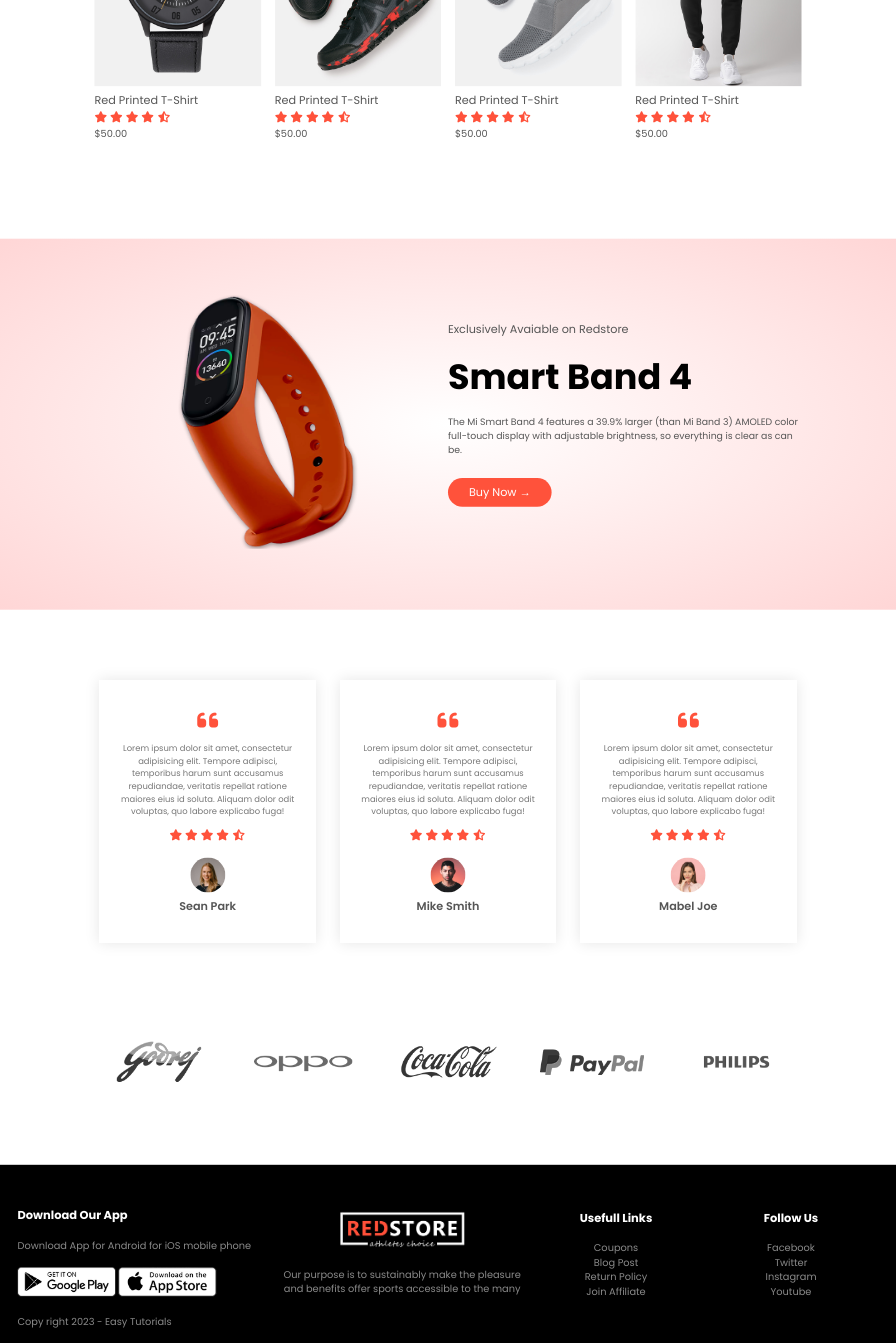
Repository: datvu1608/redsportstore
Page: index.html
The author's editor kept a copy of each file at every save. The page is drawn from the files as they stood at one save, then again after the next save.
The browser window is 1280 px wide. The pictures show the part of the page from y = 2720 to 4640 px (the page is 4639 px tall before and 4640 px after), at 70% of full size.

Above is the page before, as saved 2023-11-23 15:21:44.

### index.html
<!DOCTYPE html>
<html lang="en">
  <head>
    <meta charset="UTF-8" />
    <meta name="viewport" content="width=device-width, initial-scale=1.0" />
    <title>Restore | Ecommerce Website Design</title>
    <link
      href="https://fonts.googleapis.com/css2?family=Poppins:wght@300;400;500;600;700&display=swap"
      rel="stylesheet"
    />
    <link
      rel="stylesheet"
      href="https://cdnjs.cloudflare.com/ajax/libs/font-awesome/6.4.2/css/all.min.css"
    />
    <link rel="stylesheet" href="./styles.css" />
  </head>
  <body>
    <div class="header">
      <div class="container">
        <div class="navbar">
          <div class="logo">
            <img src="./images/logo.png" alt="" width="125px" />
          </div>
          <nav>
            <ul>
              <li>
                <a href="#">Home</a>
              </li>
              <li>
                <a href="#">Products</a>
              </li>
              <li>
                <a href="#">About</a>
              </li>
              <li>
                <a href="#">Contact</a>
              </li>
              <li>
                <a href="#">Account</a>
              </li>
            </ul>
          </nav>
          <img
            src="./images/cart.png"
            width="30px"
            height="30px"
            alt="cart-icon"
          />
        </div>
        <div class="row">
          <div class="col-2">
            <h1>Give Your Workout <br />A New Style!</h1>
            <p>
              Succes isn't always about greatness. It's about consistency.
              Consistent hard work gains success. Greatness will come.
            </p>
            <a href="" class="btn">Explore Now &#8594;</a>
          </div>
          <div class="col-2">
            <img src="./images/image1.png" alt="" />
          </div>
        </div>
      </div>
    </div>
    <!-- featured categories -->
    <div class="categories">
      <div class="small-container">
        <div class="row">
          <div class="col-3">
            <img src="./images/category-1.jpg" alt="" />
          </div>
          <div class="col-3">
            <img src="./images/category-2.jpg" alt="" />
          </div>
          <div class="col-3">
            <img src="./images/category-3.jpg" alt="" />
          </div>
        </div>
      </div>
    </div>
    <!-- featured-products -->
    <div class="small-container">
      <h2 class="title">Featured Products</h2>
      <div class="row">
        <div class="col-4">
          <img src="./images/product-1.jpg" alt="" />
          <h4>Red Printed T-Shirt</h4>
          <div class="rating">
            <i class="fa-solid fa-star"></i>
            <i class="fa-solid fa-star"></i>
            <i class="fa-solid fa-star"></i>
            <i class="fa-solid fa-star"></i>
            <i class="fa-regular fa-star"></i>
          </div>
          <p>$50.00</p>
        </div>
        <div class="col-4">
          <img src="./images/product-2.jpg" alt="" />
          <h4>Red Printed T-Shirt</h4>
          <div class="rating">
            <i class="fa-solid fa-star"></i>
            <i class="fa-solid fa-star"></i>
            <i class="fa-solid fa-star"></i>
            <i class="fa-solid fa-star"></i>
            <i class="fa-regular fa-star"></i>
          </div>
          <p>$50.00</p>
        </div>
        <div class="col-4">
          <img src="./images/product-3.jpg" alt="" />
          <h4>Red Printed T-Shirt</h4>
          <div class="rating">
            <i class="fa-solid fa-star"></i>
            <i class="fa-solid fa-star"></i>
            <i class="fa-solid fa-star"></i>
            <i class="fa-solid fa-star"></i>
            <i class="fa-solid fa-star-half-stroke"></i>
          </div>
          <p>$50.00</p>
        </div>
        <div class="col-4">
          <img src="./images/product-4.jpg" alt="" />
          <h4>Red Printed T-Shirt</h4>
          <div class="rating">
            <i class="fa-solid fa-star"></i>
            <i class="fa-solid fa-star"></i>
            <i class="fa-solid fa-star"></i>
            <i class="fa-solid fa-star"></i>
            <i class="fa-solid fa-star-half-stroke"></i>
          </div>
          <p>$50.00</p>
        </div>
      </div>
      <h2 class="title">Lates Products</h2>
      <div class="row">
        <div class="col-4">
          <img src="./images/product-5.jpg" alt="" />
          <h4>Red Printed T-Shirt</h4>
          <div class="rating">
            <i class="fa-solid fa-star"></i>
            <i class="fa-solid fa-star"></i>
            <i class="fa-solid fa-star"></i>
            <i class="fa-solid fa-star"></i>
            <i class="fa-regular fa-star"></i>
          </div>
          <p>$50.00</p>
        </div>
        <div class="col-4">
          <img src="./images/product-6.jpg" alt="" />
          <h4>Red Printed T-Shirt</h4>
          <div class="rating">
            <i class="fa-solid fa-star"></i>
            <i class="fa-solid fa-star"></i>
            <i class="fa-solid fa-star"></i>
            <i class="fa-solid fa-star"></i>
            <i class="fa-regular fa-star"></i>
          </div>
          <p>$50.00</p>
        </div>
        <div class="col-4">
          <img src="./images/product-7.jpg" alt="" />
          <h4>Red Printed T-Shirt</h4>
          <div class="rating">
            <i class="fa-solid fa-star"></i>
            <i class="fa-solid fa-star"></i>
            <i class="fa-solid fa-star"></i>
            <i class="fa-solid fa-star"></i>
            <i class="fa-solid fa-star-half-stroke"></i>
          </div>
          <p>$50.00</p>
        </div>
        <div class="col-4">
          <img src="./images/product-8.jpg" alt="" />
          <h4>Red Printed T-Shirt</h4>
          <div class="rating">
            <i class="fa-solid fa-star"></i>
            <i class="fa-solid fa-star"></i>
            <i class="fa-solid fa-star"></i>
            <i class="fa-solid fa-star"></i>
            <i class="fa-solid fa-star-half-stroke"></i>
          </div>
          <p>$50.00</p>
        </div>
        <div class="col-4">
          <img src="./images/product-9.jpg" alt="" />
          <h4>Red Printed T-Shirt</h4>
          <div class="rating">
            <i class="fa-solid fa-star"></i>
            <i class="fa-solid fa-star"></i>
            <i class="fa-solid fa-star"></i>
            <i class="fa-solid fa-star"></i>
            <i class="fa-solid fa-star-half-stroke"></i>
          </div>
          <p>$50.00</p>
        </div>
        <div class="col-4">
          <img src="./images/product-10.jpg" alt="" />
          <h4>Red Printed T-Shirt</h4>
          <div class="rating">
            <i class="fa-solid fa-star"></i>
            <i class="fa-solid fa-star"></i>
            <i class="fa-solid fa-star"></i>
            <i class="fa-solid fa-star"></i>
            <i class="fa-solid fa-star-half-stroke"></i>
          </div>
          <p>$50.00</p>
        </div>
        <div class="col-4">
          <img src="./images/product-11.jpg" alt="" />
          <h4>Red Printed T-Shirt</h4>
          <div class="rating">
            <i class="fa-solid fa-star"></i>
            <i class="fa-solid fa-star"></i>
            <i class="fa-solid fa-star"></i>
            <i class="fa-solid fa-star"></i>
            <i class="fa-solid fa-star-half-stroke"></i>
          </div>
          <p>$50.00</p>
        </div>
        <div class="col-4">
          <img src="./images/product-12.jpg" alt="" />
          <h4>Red Printed T-Shirt</h4>
          <div class="rating">
            <i class="fa-solid fa-star"></i>
            <i class="fa-solid fa-star"></i>
            <i class="fa-solid fa-star"></i>
            <i class="fa-solid fa-star"></i>
            <i class="fa-solid fa-star-half-stroke"></i>
          </div>
          <p>$50.00</p>
        </div>
      </div>
    </div>
    <!-- offer -->
    <div class="offer">
      <div class="small-container">
        <div class="row">
          <div class="col-2">
            <img src="./images/exclusive.png" class="offer-img" alt="" />
          </div>
          <div class="col-2">
            <p>Exclusively Avaiable on Redstore</p>
            <h1>Smart Band 4</h1>
            <small
              >The Mi Smart Band 4 features a 39.9% larger (than Mi Band 3)
              AMOLED color full-touch display with adjustable brightness, so
              everything is clear as can be.
            </small>
            <a href="#" class="btn">Buy Now &#8594;</a>
          </div>
        </div>
      </div>
    </div>
    <!-- testimonial -->
    <div class="testimonial">
      <div class="small-container">
        <div class="row">
          <div class="col-3">
            <i class="fa-solid fa-quote-left"></i>
            <p>
              Lorem ipsum dolor sit amet, consectetur adipisicing elit. Tempore
              adipisci, temporibus harum sunt accusamus repudiandae, veritatis
              repellat ratione maiores eius id soluta. Aliquam dolor odit
              voluptas, quo labore explicabo fuga!
            </p>
            <div class="rating">
              <i class="fa-solid fa-star"></i>
              <i class="fa-solid fa-star"></i>
              <i class="fa-solid fa-star"></i>
              <i class="fa-solid fa-star"></i>
              <i class="fa-solid fa-star-half-stroke"></i>
            </div>
            <img src="./images/user-1.png" alt="" />
            <h3>Sean Park</h3>
          </div>
          <div class="col-3">
            <i class="fa-solid fa-quote-left"></i>
            <p>
              Lorem ipsum dolor sit amet, consectetur adipisicing elit. Tempore
              adipisci, temporibus harum sunt accusamus repudiandae, veritatis
              repellat ratione maiores eius id soluta. Aliquam dolor odit
              voluptas, quo labore explicabo fuga!
            </p>
            <div class="rating">
              <i class="fa-solid fa-star"></i>
              <i class="fa-solid fa-star"></i>
              <i class="fa-solid fa-star"></i>
              <i class="fa-solid fa-star"></i>
              <i class="fa-solid fa-star-half-stroke"></i>
            </div>
            <img src="./images/user-2.png" alt="" />
            <h3>Mike Smith</h3>
          </div>
          <div class="col-3">
            <i class="fa-solid fa-quote-left"></i>
            <p>
              Lorem ipsum dolor sit amet, consectetur adipisicing elit. Tempore
              adipisci, temporibus harum sunt accusamus repudiandae, veritatis
              repellat ratione maiores eius id soluta. Aliquam dolor odit
              voluptas, quo labore explicabo fuga!
            </p>
            <div class="rating">
              <i class="fa-solid fa-star"></i>
              <i class="fa-solid fa-star"></i>
              <i class="fa-solid fa-star"></i>
              <i class="fa-solid fa-star"></i>
              <i class="fa-solid fa-star-half-stroke"></i>
            </div>
            <img src="./images/user-3.png" alt="" />
            <h3>Mabel Joe</h3>
          </div>
        </div>
      </div>
    </div>
    <!-- brands -->
    <div class="brands">
      <div class="small-container">
        <div class="row">
          <div class="col-5">
            <img src="./images/logo-godrej.png" alt="" />
          </div>
          <div class="col-5">
            <img src="./images/logo-oppo.png" alt="" />
          </div>
          <div class="col-5">
            <img src="./images/logo-coca-cola.png" alt="" />
          </div>
          <div class="col-5">
            <img src="./images/logo-paypal.png" alt="" />
          </div>
          <div class="col-5">
            <img src="./images/logo-philips.png" alt="" />
          </div>
        </div>
      </div>
    </div>
    <!-- footer -->
    <div class="footer">
      <div class="container">
        <div class="row">
          <div class="footer-col-1">
            <h3>Download Our App</h3>
            <p>Download App for Android for iOS mobile phone</p>
            <div class="app-logo">
              <img src="./images/play-store.png" alt="" />
              <img src="./images/app-store.png" alt="" />
            </div>
          </div>
          <div class="footer-col-2">
            <img src="./images/logo-white.png" alt="" />
            <p>
              Our purpose is to sustainably make the pleasure and benefits offer
              sports accessible to the many
            </p>
          </div>
          <div class="footer-col-3">
            <h3>Usefull Links</h3>
            <ul>
              <li>Coupons</li>
              <li>Blog Post</li>
              <li>Return Policy</li>
              <li>Join Affiliate</li>
            </ul>
          </div>
          <div class="footer-col-4">
            <h3>Follow Us</h3>
            <ul>
              <li>Facebook</li>
              <li>Twitter</li>
              <li>Instagram</li>
              <li>Youtube</li>
            </ul>
          </div>
        </div>
        <hr />
        <p>Copy right 2023 - Easy Tutorials</p>
      </div>
    </div>
  </body>
</html>

### styles.css
* {
  margin: 0;
  padding: 0;
  box-sizing: border-box;
}
body {
  font-family: 'Poppins', sans-serif;
}
a {
  text-decoration: none;
}
.navbar {
  display: flex;
  align-items: center;
  padding: 20px;
}
nav {
  flex: 1;
  text-align: right;
}
nav ul {
  display: inline-block;
  list-style-type: none;
}
nav ul li {
  display: inline-block;
  margin-right: 20px;
}
nav ul li a {
  text-decoration: none;
  color: #555;
}

p {
  color: #555;
}
.container {
  max-width: 1300px;
  margin: auto;
  padding-left: 25px;
  padding-right: 25px;
}
.row {
  display: flex;
  align-items: center;
  flex-wrap: wrap;
  justify-content: space-around;
}
.col-2 {
  flex-basis: 50%;
  min-width: 300px;
}
.col-2 img {
  max-width: 100%;
  padding: 50px 0;
}
.col-2 h1 {
  font-size: 50px;
  line-height: 60px;
  margin: 25px 0;
}
.btn {
  display: inline-block;
  background: #ff523b;
  border-radius: 30px;
  color: #fff;
  padding: 8px 30px;
  margin: 30px 0;
  transition: 0.5s;
}
.btn:hover {
  background: #563434;
}
.header {
  background: radial-gradient(#fff, #ffd6d6);
}
.header .row {
  margin-top: 70px;
}

.categories {
  margin: 70px 0;
}
.col-3 {
  flex-basis: 30%;
  min-width: 250px;
  margin-bottom: 30px;
}
.col-3 img {
  width: 100%;
}
.small-container {
  max-width: 1080px;
  margin: auto;
  padding-left: 25px;
  padding-right: 25px;
}
.col-4 {
  flex-basis: 25%;
  padding: 10px;
  min-width: 200px;
  margin-bottom: 50px;
  transition: 0.5s;
}
.col-4 img {
  width: 100%;
}

.title {
  text-align: center;
  margin: 0 auto 80px;
  position: relative;
  line-height: 60px;
  color: #555;
}
.title::after {
  content: '';
  background: #ff523b;
  width: 80px;
  height: 5px;
  position: absolute;
  border-radius: 5px;
  bottom: 0;
  left: 50%;
  transform: translateX(-50%);
}
h4 {
  color: #555;
  font-weight: normal;
}
.col-4 p {
  font-size: 14px;
}
.rating .fa-star,
.fa-star-half-stroke {
  color: #ff523b;
}

.col-4:hover {
  transform: translateY(-10px);
}
.offer {
  background: radial-gradient(#fff, #ffd6d6);
  margin-top: 80px;
  padding: 30px 0;
}
.col-2 .offer-img {
  padding: 50px;
}
small {
  color: #555;
  display: block;
}

/* Testimonial */
.testimonial {
  padding-top: 100px;
}
.testimonial .col-3 {
  text-align: center;
  padding: 40px 20px;
  box-shadow: 0 0 20px 0px rgba(0, 0, 0, 0.1);
  cursor: pointer;
  transition: transform 0.5s;
}
.testimonial .col-3 img {
  width: 50px;
  margin-top: 20px;
  border-radius: 50%;
}
.testimonial .col-3:hover {
  transform: translateY(-10px);
}
.fa-solid.fa-quote-left {
  font-size: 34px;
  color: #ff523b;
}
.col-3 p {
  font-size: 12px;
  margin: 12px 0;
  color: #777;
}
.testimonial .col-3 h3 {
  font-weight: 600;
  color: #555;
  font-size: 16px;
}
/* brands */
.brands {
  margin: 100px auto;
}
.col-5 {
  width: 160px;
}
.col-5 img {
  width: 100%;
  cursor: pointer;
  filter: grayscale(100%);
}
.col-5 img:hover {
  filter: grayscale(0);
}

/* footer */
.footer {
  background: #000;
  color: #8a8a8a;
  font-size: 14px;
  padding: 60px 0 20px;
}
.footer p {
  color: #8a8a8a;
}
.footer h3 {
  color: #fff;
  margin-bottom: 20px;
}
.footer-col-1,
.footer-col-2,
.footer-col-3,
.footer-col-4 {
  min-width: 250px;
  margin-bottom: 20px;
}
.footer-col-1 {
  flex-basis: 30%;
}
.footer-col-2 {
  flex: 1;
  text-align: center;
}
.footer-col-2 img {
  width: 180px;
  margin-bottom: 20px;
}
.footer-col-3,
.footer-col-4 {
  flex-basis: 12%;
  text-align: center;
}
ul {
  list-style-type: none;
}
.app-logo {
  margin-top: 20px;
}
.app-logo img {
  width: 140px;
}
.footer hr {
  border: none;
  background: #b5b5b5;
}

After the next save:
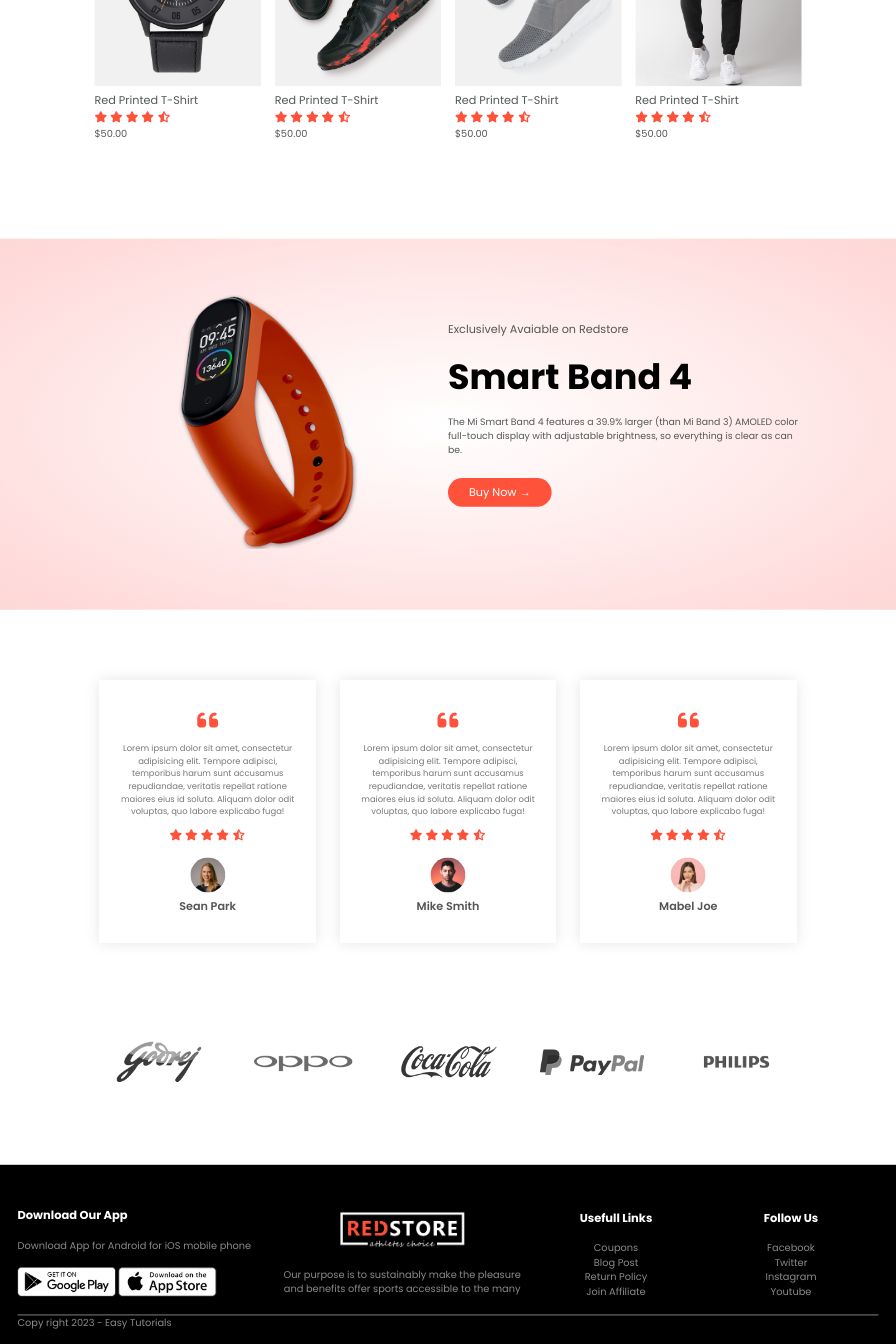
Saved 11 s later.
--- a/styles.css
+++ b/styles.css
@@ -250,4 +250,5 @@
 .footer hr {
   border: none;
   background: #b5b5b5;
-}
+  height: 1px;
+}
